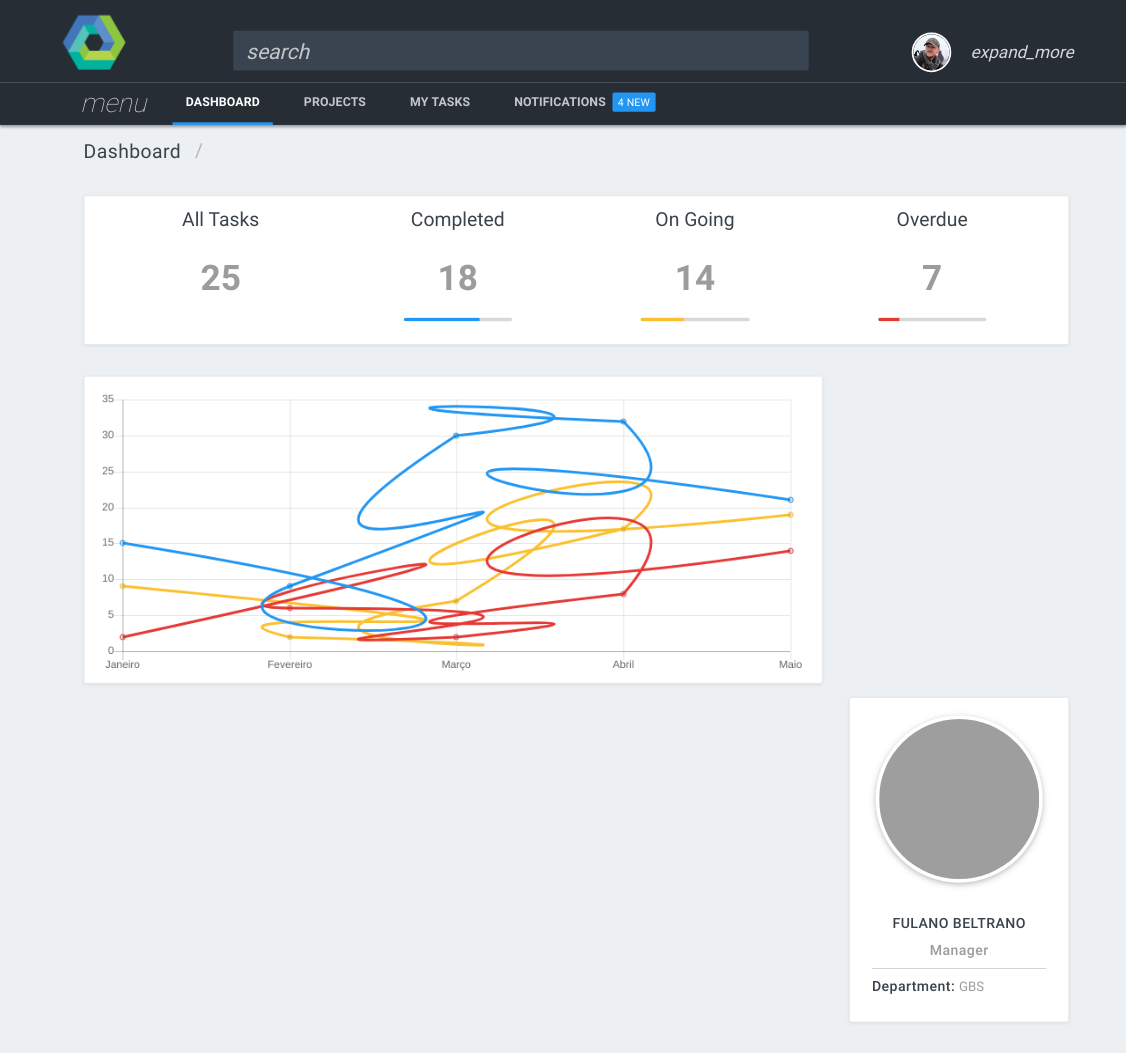
Repository: RenanChagas/ProjectManagement
Page: http://localhost/finalproject/WEB-INF/views/dashboard.jsp
An editor plug-in stored every save of this project. The page is shown before and after the next save, followed by the edit.
The browser window is 1280 px wide. The pictures show the whole page, at 88% of full size.
Pictures or frames that could not be fetched are drawn as grey boxes. The page is served by Tomcat 9. Nobody is signed in. The template is opened directly, without the code that normally fills it, so the values that code supplies are empty.

Above is the page before, as saved 2017-08-27 17:02:00.

After the next save:
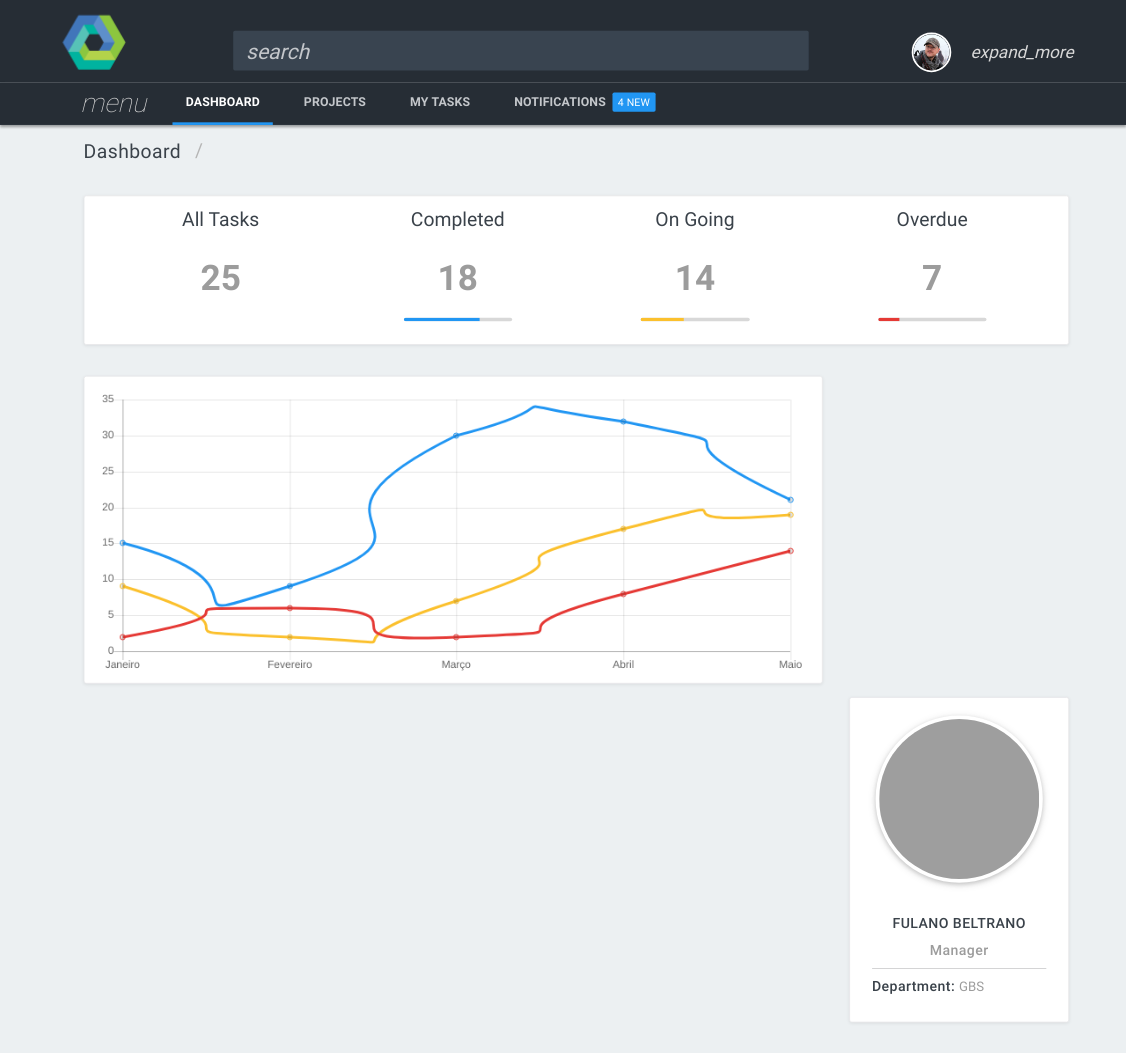
Saved 13 s later.
--- a/finalproject/src/main/webapp/WEB-INF/views/dashboard.jsp
+++ b/finalproject/src/main/webapp/WEB-INF/views/dashboard.jsp
@@ -244,21 +244,21 @@
                     borderColor: "#2196F3",
                     data: [15,9,30,32,21],
                     fill: false,
-                    lineTension: 5
+                    lineTension: 1
                   },
                   {
                     label: "Tasks Ovedue",
                     borderColor: "#e53935",
                     data: [2,6,2,8,14],
                     fill: false,
-                    lineTension: 5
+                    lineTension: 1
                   },
                   {
                     label: "Tasks On Going",
                     borderColor: "#fbc02d",
                     data: [9,2,7,17,19],
                     fill: false,
-                    lineTension: 5
+                    lineTension: 1
                   }
                 ]
               },
